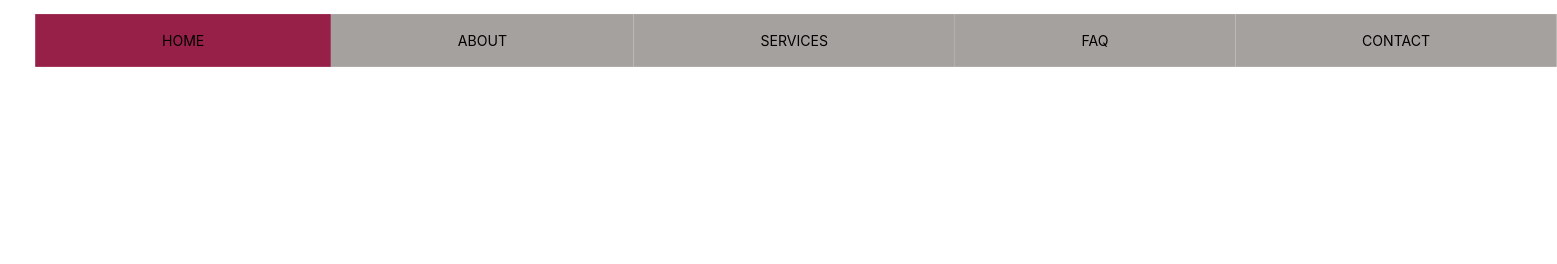
Repository: sriram1224/reactas1.github.io
Page: /
An editor plug-in stored every save of this project. The page is shown before and after the next save, followed by the edit.
The browser window is 1280 px wide. The page is 1769 px wide, so the pictures cover 1769 px, including what lies to the right of the window. The pictures show the whole page, at 88% of full size.
The project was rebuilt for these pictures with package versions that can differ from the ones it lists, and the page was loaded fresh each time.

Above is the page before, as saved 2024-03-05 07:03:52.

### public/index.html
<!DOCTYPE html>
<html lang="en">
  <head>
    <meta charset="utf-8" />

    <meta name="viewport" content="width=device-width, initial-scale=1" />
    <meta name="theme-color" content="#000000" />
    <meta
      name="description"
      content="Web site created using create-react-app"
    />


    <title>React App</title>
  </head>
  <body>

    <div id="root"></div>


  </body>
</html>

### src/App.js
import Nav from './Components/Nav';
import './App.css';

function App() {
  return (
    <div className="App">
     <Nav />
    </div>
  );
}

export default App;

### src/Components/Nav.js

import Navc from './Nav.css';
function Nav(){
    return (
        <nav className='Nav'>
            <ul>
                <li id='first'>HOME</li>
                <li>ABOUT</li>
                <li>SERVICES</li>
                <li>FAQ</li>
                <li>CONTACT</li>
            </ul>
        </nav>
    )
}
export default Nav;

### src/Components/Nav.css
.Nav{
    display: flex;
    justify-content: space-between;
    align-items: center;

    width: 100%;
}
.Nav ul{
    display: flex;

    align-items: center;
    list-style: none;

    width: 96%;

}
.Nav ul li{
    padding: 20px 9rem;

    background-color: rgb(165,161,158);
    text-align: center;
}
#first{

    background-color: rgb(151,32,72);
}

### public/style.css
body{
    background-color: #f0f0f0;
    font-family: Arial, sans-serif;
    margin: 0;
    padding: 0;
}

Loaded but not shown: src/index.js (common file); src/index.css (common file); src/reportWebVitals.js (common file); src/App.css (common file)

After the next save:
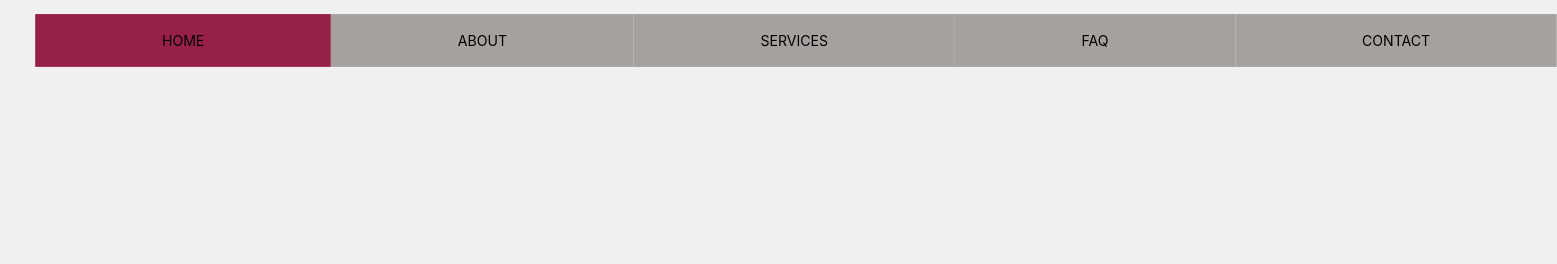
Saved 18 s later.
--- a/public/index.html
+++ b/public/index.html
@@ -9,7 +9,7 @@
       name="description"
       content="Web site created using create-react-app"
     />
-
+    <link rel="stylesheet" href="./style.css">
 
     <title>React App</title>
   </head>
